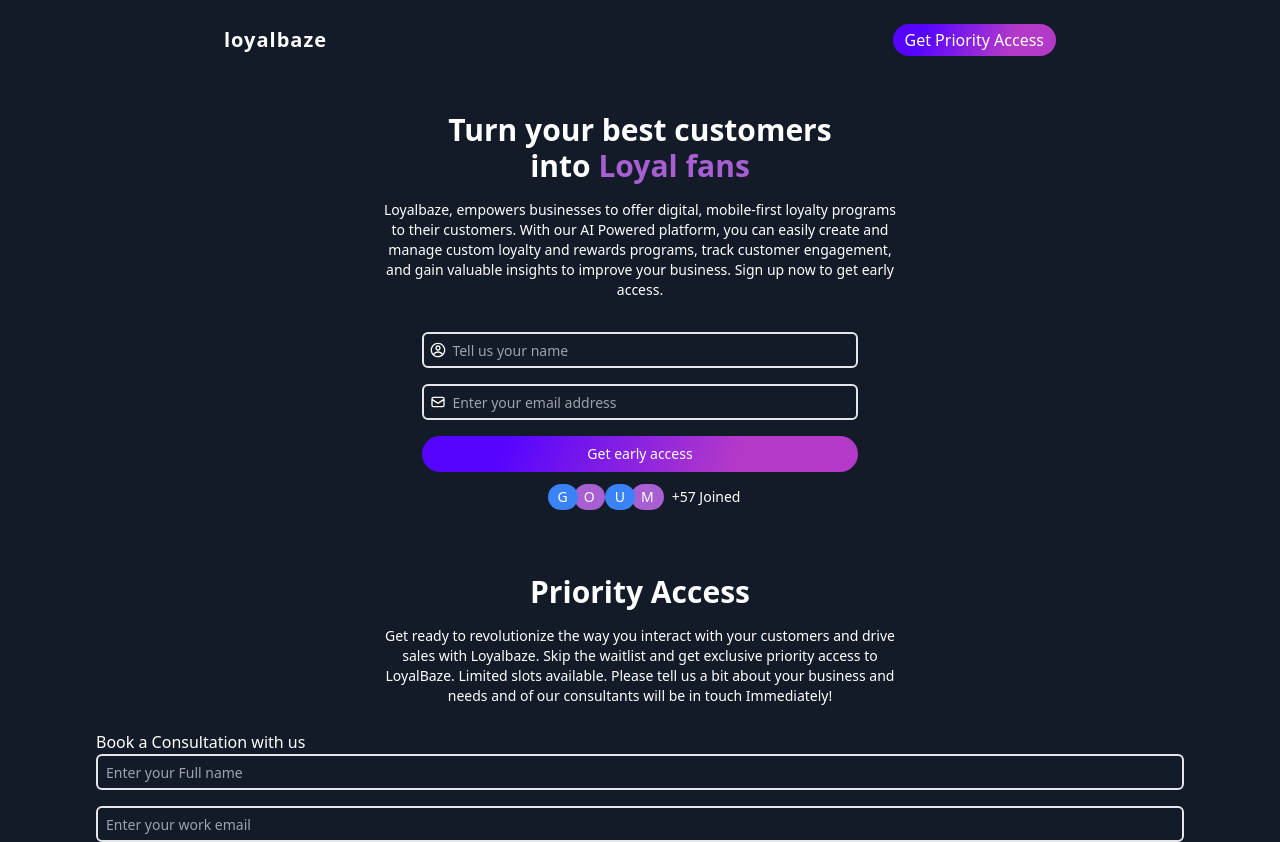
Repository: Jerified/loyalbaze
Page: /
The author's editor kept a copy of each file at every save. The page is drawn from the files as they stood at one save, then again after a run of saves.
The browser window is 1280 px wide. The pictures show the whole page.
The project was rebuilt for these pictures with package versions that can differ from the ones it lists, and the page was loaded fresh each time. The framework's server and built-in components were replaced by stand-ins that run in the browser. Also part of the build but not shown: next.config.js.

Above is the page before, as saved 2023-02-11 07:42:47.

### src/app/layout.tsx
import Header from '@/components/Header'

import './globals.css'
import Providers from './Providers';

export default function RootLayout({
  children,
}: {
  children: React.ReactNode
}) {
  return (
    <html lang="en">
      <head />
      <body>
          <Header />
          {children}
      </body>
    </html>
  );
}

### src/app/page.tsx
import Contents from "@/components/Contents";
import Form from "@/components/Form";


export default async function Home() {

  return  (
  <main className='max-w-6xl mx-auto px-8'>
    <Contents />
    <Form />
  </main>
  )
}

### src/components/Header.tsx

import { AiFillHome } from "react-icons/ai";
import { BsFillInfoCircleFill } from "react-icons/bs";
import Link from "next/link";

export default function Header() {
  return (
    <div className="flex justify-between px-8 max-w-4xl sm:mx-auto items-center py-6">
      <div className="text-xl font-semibold tracking-wider ">loyalbaze</div>

      <button className=" px-3 py-1 rounded-full bg-[linear-gradient(112.92deg,_#5404FF_18.35%,rgba(189,_59,_210,_0.94)_71.49%)]">
        <div className="bg-inherit">Get Priority Access</div>
      </button>
    </div>
  );
}

### src/app/globals.css
@tailwind base;
@tailwind components;
@tailwind utilities;

body{
  background-color: #121B27;
  color: white
}

### src/components/Contents.tsx
import React from 'react'
import {CgProfile} from 'react-icons/cg'
import { HiOutlineMail } from "react-icons/hi";

const Contents = () => {
  return (
    <div className="pt-8  pb-16">
      <h1 className="font-bold text-center text-3xl max-w-sm mx-auto ">
        Turn your best customers into{" "}
        <span className="text-[#A75FD2] ">Loyal fans</span>
      </h1>
      <p className="text-center pt-4 max-w-[22rem] md:max-w-lg mx-auto text-sm ">
        Loyalbaze, empowers businesses to offer digital, mobile-first loyalty
        programs to their customers. With our AI Powered platform, you can
        easily create and manage custom loyalty and rewards programs, track
        customer engagement, and gain valuable insights to improve your
        business. Sign up now to get early access.
      </p>
      <form action="" className="pt-8 grid place-items-center gap-4 pb-3">
        <div className="w-[80%] md:w-[60%] lg:w-[40%] relative flex items-center">
          <input
            type="text"
            className=" bg-inherit border-2 w-full rounded-md py-1 px-2 pl-7 placeholder:text-[14px] "
            placeholder="Tell us your name"
          />
          <CgProfile className="absolute left-2 top-[50%] -translate-y-[50%]" />
        </div>
        <div className="w-[80%] md:w-[60%] lg:w-[40%] relative flex items-center">
          <input
            type="text"
            className=" bg-inherit border-2 w-full rounded-md py-1 px-2 pl-7 placeholder:text-[14px] placeholder:pt-[-1px] "
            placeholder="Enter your email address"
          />
          <HiOutlineMail className="absolute left-2 top-[50%] -translate-y-[50%]" />
        </div>
        <button className="text-sm bg-[linear-gradient(112.92deg,_#5404FF_18.35%,rgba(189,_59,_210,_0.94)_71.49%)] rounded-full w-[80%] md:w-[60%] lg:w-[40%] py-2">
          Get early access
        </button>
      </form>
      <div className="flex relative text-sm justify-center items-center">
          <p className="bg-blue-500 rounded-full w-fit px-[10px] py-[3px] relative  left-2 z-10">
            G
          </p>
          <p className="bg-[#A75FD2] rounded-full w-fit px-[10px] py-[3px] relative left-1">
            O
          </p>
          <p className="bg-blue-500 rounded-full w-fit px-[10px] py-[3px] relative left-1">
            U
          </p>
          <p className="bg-[#A75FD2] rounded-full w-fit px-[10px] py-[3px]">
            M
          </p>
          <p className="pl-2 font-medium">+57 Joined</p>
      </div>
    </div>
  );
}

export default Contents

### src/components/Form.tsx
import React from "react";

const Form = () => {
  return (
    <>
      <main className="">
        <div className="text-center">
          <h1 className="font-semibold text-3xl ">Priority Access</h1>
          <p className="pt-4 text-sm max-w-[22rem] md:max-w-lg mx-auto">
            Get ready to revolutionize the way you interact with your customers
            and drive sales with Loyalbaze. Skip the waitlist and get exclusive
            priority access to LoyalBaze. Limited slots available. Please tell
            us a bit about your business and needs and of our consultants will
            be in touch Immediately!
          </p>
        </div>
        <form action="" className="pt-6">
          <p className="">Book a Consultation with us</p>
          <div className=" flex flex-col gap-4">
            <input
              type="text"
              className="bg-inherit border-2 w-full rounded-md py-1 px-2 pl-2 placeholder:text-[14px]"
              placeholder="Enter your Full name"
            />
            <input
              type="email"
              className="bg-inherit border-2 w-full rounded-md py-1 px-2 pl-2 placeholder:text-[14px]"
              placeholder="Enter your work email"
            />
          </div>
        </form>
      </main>
    </>
  );
};

export default Form;

### tailwind.config.js
/** @type {import('tailwindcss').Config} */
module.exports = {
  content: ["./src/**/*.{html,js,jsx,ts,tsx}"],
  theme: {
    extend: {},
  },
  plugins: [],
  darkMoode:"class"
}

After the next 2 saves:
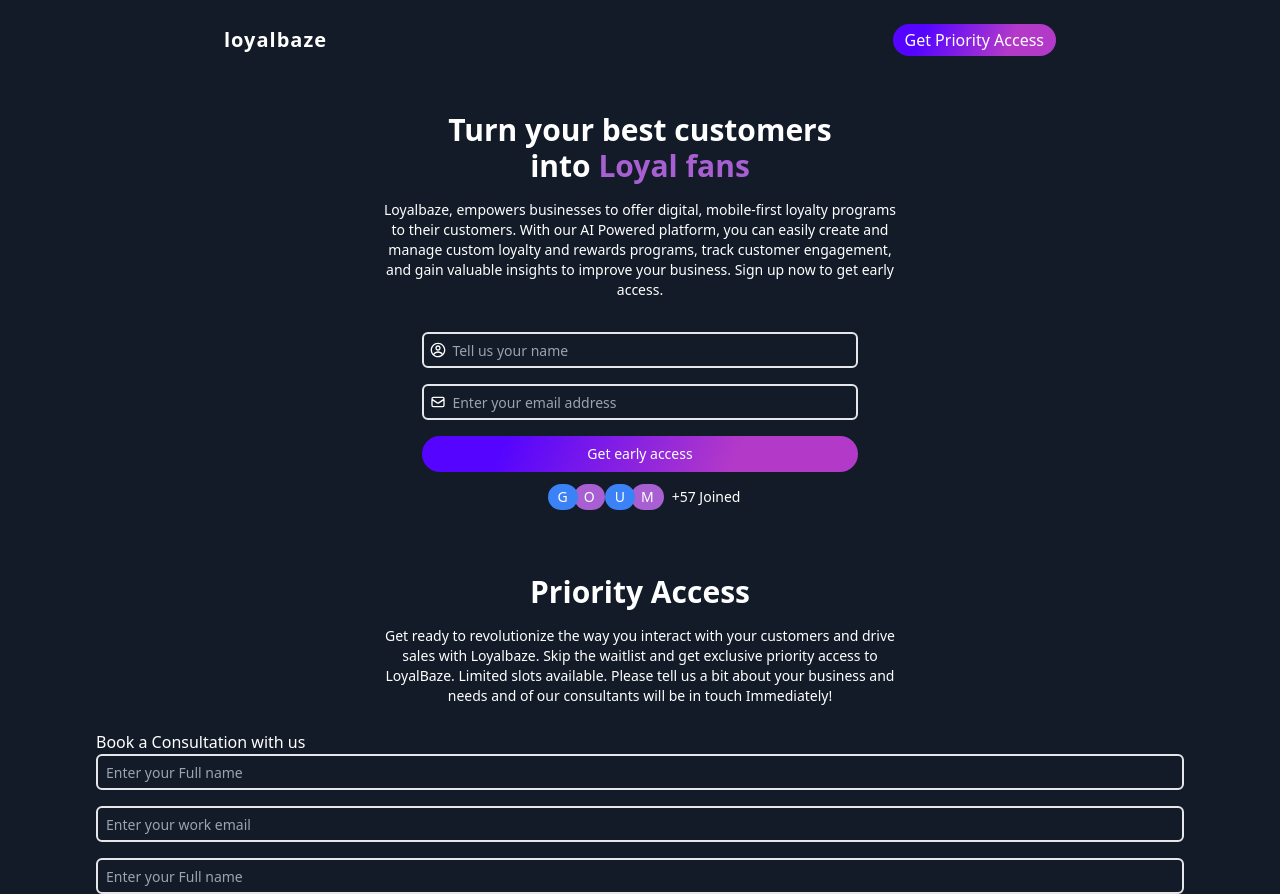
The 2 saves are shown as one change because they came seconds apart.
The last was saved 22 s later.
--- a/src/components/Form.tsx
+++ b/src/components/Form.tsx
@@ -27,6 +27,11 @@
               className="bg-inherit border-2 w-full rounded-md py-1 px-2 pl-2 placeholder:text-[14px]"
               placeholder="Enter your work email"
             />
+            <input
+              type="tel"
+              className="bg-inherit border-2 w-full rounded-md py-1 px-2 pl-2 placeholder:text-[14px]"
+              placeholder="Enter your Full name"
+            />
           </div>
         </form>
       </main>
